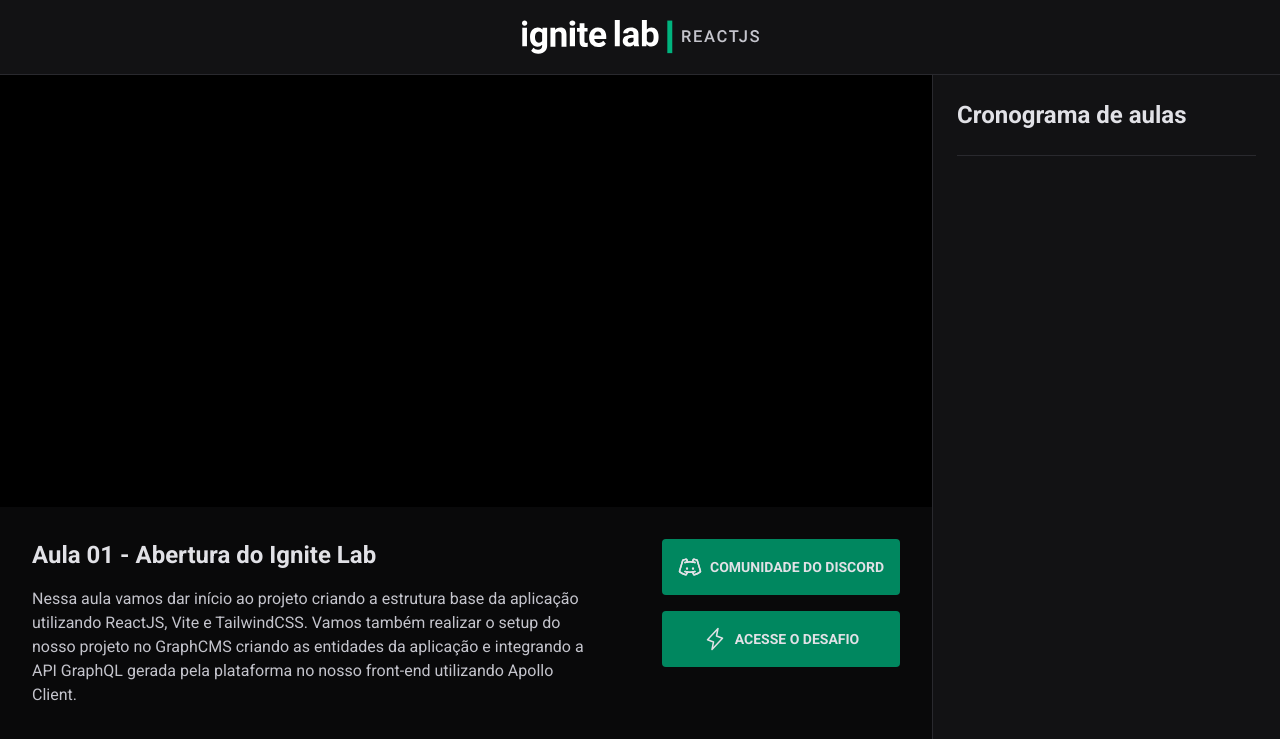
Repository: XFERRER7/Ignite-lab
Page: /
The author's editor kept a copy of each file at every save. The page is drawn from the files as they stood at one save, then again after the next save.
The browser window is 1280 px wide. The pictures show the whole page.
The page's requests for data from a server got no answer. The project was rebuilt for these pictures with package versions that can differ from the ones it lists, and the page was loaded fresh each time. No one was signed in, and anything a server would have sent is missing. Also part of the build but not shown: vite.config.ts, src/components/Lesson.tsx.

Above is the page before, as saved 2022-06-26 01:55:33.

### index.html
<!DOCTYPE html>
<html>
  <head>
    <meta charset="UTF-8" />
    <link rel="icon" type="image/svg+xml" href="/src/favicon.svg" />
    <meta name="viewport" content="width=device-width, initial-scale=1.0" />
    <title>Event Platform</title>
    <link rel="preconnect" href="https://fonts.googleapis.com">
<link rel="preconnect" href="https://fonts.gstatic.com" crossorigin>
<link href="https://fonts.googleapis.com/css2?family=Roboto:wght@400;500;700&display=swap" rel="stylesheet">
  </head>
  <body>
    <div id="root"></div>
    <script type="module" src="/src/main.tsx"></script>
  </body>
</html>

### src/main.tsx
import { ApolloProvider } from '@apollo/client'
import React from 'react'
import ReactDOM from 'react-dom/client'
import App from './App'
import { client } from './lib/apollo'
import './styles/Global.css'

ReactDOM.createRoot(document.getElementById('root')!).render(
  <React.StrictMode>
    <ApolloProvider client={client}>
    <App />
    </ApolloProvider>
  </React.StrictMode>
)

### src/App.tsx
import { Header } from "./components/Header"
import { Lesson } from "./components/Lesson"
import { SideBar } from "./components/SideBar"
import { Video } from "./components/Video"
import { Event } from "./pages/Event"

function App() {

  return (
    <div>
      <Event/>
    </div>
  )
}

export default App

### src/lib/apollo.ts
import { ApolloClient, InMemoryCache } from "@apollo/client";

export const client = new ApolloClient({
  uri: 'https://api-sa-east-1.graphcms.com/v2/cl4oe0npq21lo01xi4o5e7kb5/master',
  cache: new InMemoryCache()
})

### src/styles/Global.css
@tailwind base;
@tailwind components;
@tailwind utilities;

body {
  @apply text-gray-100 bg-gray-900;
  -webkit-font-smoothing: antialiased;
}

### src/pages/Event.tsx
import React from 'react'
import { Header } from '../components/Header'
import { SideBar } from '../components/SideBar'
import { Video } from '../components/Video'

export const Event = () => {
  return (
    <>
    <div className='flex flex-col min-h-screen'>
      <Header/>
      <main className='flex flex-1'>
      <Video/>
      <SideBar/>
      </main>
    </div>

    </>
  )
}

### src/components/Header.tsx
import React from 'react'
import { Logo } from './Logo'

export const Header = () => {
  return (
    <header className='w-full py-5 flex items-center justify-center bg-gray-700 border-b border-gray-600'>
      <Logo/>
    </header>
  )
}

### src/components/SideBar.tsx
import { gql, useQuery } from '@apollo/client'
import React from 'react'
import { Lesson } from './Lesson'


const GET_LESSONS_QUERY = gql`
  query {
    lessons(orderBy: availableAt_ASC, stage: PUBLISHED) {
      id
      slug
      title
      availableAt
      lessonType
    }
}

`

interface GetLessonsQueryResponse {
  lessons: {
    id: string
    slug:string
    title:string
    availableAt:string
    lessonType: 'live' | 'class'
  }[]
}


export const SideBar = () => {

  const {data} = useQuery<GetLessonsQueryResponse>(GET_LESSONS_QUERY)

  return (
    <aside className='w-[348px] bg-gray-700 p-6 border-l border-gray-600'>
      <span className='font-bold text-2xl pb-6 mb-6 border-b border-gray-600 block'>Cronograma de aulas</span>

      <div className='flex flex-col gap-8'>
        {
          data?.lessons.map(lesson => {
            return (
              <Lesson
              title={lesson.title}
              slug={lesson.slug}
              avaliableAt={new Date(lesson.availableAt)}
              type={lesson.lessonType}/>
            )
          })
        }

      </div>
    </aside>
  )
}

### src/components/Video.tsx
import { DiscordLogo, Lightning } from 'phosphor-react'
import React from 'react'

export const Video = () => {
  return (
    <div className="flex-1">
      <div className="bg-black flex justify-center">
        <div className='h-full w-full max-w-[1100px] max-h-[60vh] aspect-video'></div>
      </div>

      <div className='p-8 max-w-[1100px] mx-auto'>

        <div className='flex items-start gap-16'>
          <div className='flex-1'>
            <h1 className='text-2xl font-bold'>Aula 01 - Abertura do Ignite Lab</h1>
            <p className='mt-4 text-gray-200'>
              Nessa aula vamos dar início ao projeto criando a estrutura base da aplicação
              utilizando ReactJS, Vite e TailwindCSS. Vamos também realizar o setup do nosso
              projeto no GraphCMS criando as entidades da aplicação e integrando a API GraphQL
              gerada pela plataforma no nosso front-end utilizando Apollo Client.
            </p>
          </div>
          <div className='flex flex-col gap-4 '>
            <a href=""
            className='p-4 text-sm bg-green-500 flex items-center rounded font-bold uppercase
            gap-2 justify-center'>
              <DiscordLogo size={24}/>
              Comunidade do discord
            </a>
            <a href="" className='p-4 text-sm bg-green-500 flex items-center rounded font-bold uppercase
            gap-2 justify-center'>
              <Lightning size={24}/>
              Acesse o desafio
            </a>
          </div>
        </div>

        <div>

        </div>

      </div>

    </div>
  )

}

### src/components/Logo.tsx
import React from "react";

export function Logo() {
  return (
    <svg
      xmlns="http://www.w3.org/2000/svg"
      width="237"
      height="34"
      fill="none"
      viewBox="0 0 237 34"
    >
      <path
        fill="#fff"
        d="M.002 3.112a2.49 2.49 0 01.165-.987c.12-.314.304-.595.535-.83A2.906 2.906 0 012.615.572c.698 0 1.374.257 1.912.723.23.24.412.524.536.837a2.701 2.701 0 010 1.979 2.568 2.568 0 01-.536.837 2.889 2.889 0 01-1.907.723 2.901 2.901 0 01-1.908-.723 2.458 2.458 0 01-.538-.84 2.645 2.645 0 01-.172-.996zm4.96 23.146H.273V7.862h4.689v18.397zM8.012 16.973c0-2.853.686-5.145 2.055-6.883a6.653 6.653 0 015.528-2.606 5.869 5.869 0 014.802 2.09l.2-1.751h4.538v17.95a7.891 7.891 0 01-1.12 4.246 7.243 7.243 0 01-3.147 2.752 11.155 11.155 0 01-4.742.94c-1.378 0-2.74-.279-4.008-.812a7.08 7.08 0 01-2.946-2.11l2.208-3.02a5.905 5.905 0 004.543 2.08 4.356 4.356 0 003.104-1.059 3.938 3.938 0 001.103-2.993v-.994a5.775 5.775 0 01-4.555 1.935 6.647 6.647 0 01-3.05-.652 6.615 6.615 0 01-2.408-1.967c-1.397-1.752-2.085-4.089-2.085-6.942v-.21h-.025l.005.006zm4.997.355a6.723 6.723 0 001.026 3.956 3.233 3.233 0 002.799 1.443c.651.045 1.3-.088 1.878-.39a3.52 3.52 0 001.396-1.305v-7.825a3.448 3.448 0 00-1.374-1.305 3.504 3.504 0 00-1.86-.39 3.28 3.28 0 00-1.61.365 3.22 3.22 0 00-1.219 1.103c-.688.975-1.036 2.418-1.036 4.348zM33.098 7.833l.158 2.196a6.527 6.527 0 012.371-1.927 6.38 6.38 0 012.971-.62c1.97 0 3.438.597 4.39 1.79.953 1.194 1.456 2.936 1.486 5.293v12.249h-4.962V14.683a3.367 3.367 0 00-.684-2.344 3.086 3.086 0 00-1.069-.598 3.008 3.008 0 00-1.211-.13 3.349 3.349 0 00-1.821.454c-.553.32-1.01.794-1.313 1.367v13.37H28.45V7.845l4.647-.012zM47.512 3.112a2.304 2.304 0 01.185-.988 2.42 2.42 0 01.59-.831A3.439 3.439 0 0150.404.57c.772 0 1.52.256 2.117.723.508.486.792 1.142.792 1.826 0 .683-.284 1.34-.792 1.826a3.417 3.417 0 01-2.11.723c-.77 0-1.517-.257-2.11-.723a2.47 2.47 0 01-.594-.839 2.342 2.342 0 01-.19-.994h-.005zm5.483 23.149h-5.18V7.86h5.18v18.4zM62.454 3.334v4.612h3.107v3.677h-3.107v9.382c-.05.53.091 1.063.395 1.495a1.824 1.824 0 001.473.45c.476.002.95-.035 1.421-.114v3.803a9.672 9.672 0 01-2.939.449c-3.398 0-5.128-1.775-5.19-5.32V11.644h-2.642V7.968h2.643V3.356h4.841v-.025l-.002.003zM76.487 27.08a9.277 9.277 0 01-6.759-2.55c-1.74-1.699-2.605-3.957-2.605-6.797v-.494a11.295 11.295 0 011.098-5.08 8.141 8.141 0 013.111-3.465 8.72 8.72 0 014.59-1.22c2.577 0 4.62.815 6.098 2.449 1.478 1.633 2.226 3.94 2.226 6.929v2.055h-12.01a4.665 4.665 0 001.473 2.971 4.487 4.487 0 003.111 1.111 5.426 5.426 0 004.548-2.115l2.476 2.781a7.506 7.506 0 01-3.07 2.507 9.81 9.81 0 01-4.287.916v.002zm-.594-15.514a3.127 3.127 0 00-2.428 1.012 5.405 5.405 0 00-1.188 2.912h7.006v-.405a3.749 3.749 0 00-.908-2.608 3.252 3.252 0 00-2.45-.908h-.03l-.002-.003zM97.771 26.259h-4.957V0h4.957V26.26zM112.209 26.259c-.227-.444-.392-.997-.496-1.659-1.196 1.333-2.751 2.002-4.666 2.002-1.811 0-3.314-.523-4.504-1.572-1.191-1.049-1.786-2.372-1.786-3.966 0-1.96.725-3.464 2.179-4.513 1.453-1.049 3.553-1.58 6.3-1.59h2.273v-1.06c0-.854-.22-1.54-.659-2.051-.44-.513-1.131-.77-2.078-.77-.832 0-1.486.2-1.957.6-.474.4-.708.945-.708 1.64h-4.941c0-1.07.331-2.062.992-2.973.662-.91 1.597-1.626 2.804-2.144 1.206-.518 2.564-.778 4.069-.778 2.28 0 4.089.573 5.429 1.718 1.34 1.145 2.009 2.756 2.009 4.83v8.017c.012 1.754.256 3.082.735 3.983v.29h-4.992l-.003-.004zm-4.086-3.435c.728 0 1.402-.163 2.016-.486.614-.326 1.071-.76 1.367-1.308v-3.181h-1.846c-2.472 0-3.79.854-3.948 2.564l-.017.291c0 .614.217 1.123.649 1.523.434.4 1.026.6 1.779.6v-.003zM136.58 17.183c0 2.963-.632 5.273-1.898 6.931-1.265 1.659-3.032 2.488-5.3 2.488-2.006 0-3.608-.77-4.805-2.308l-.222 1.967h-4.444V.001h4.94v9.418c1.14-1.332 2.638-2 4.496-2 2.256 0 4.025.828 5.308 2.487 1.283 1.658 1.923 3.992 1.923 7v.274l.002.003zm-4.94-.358c0-1.868-.296-3.233-.889-4.094-.592-.861-1.475-1.29-2.65-1.29-1.572 0-2.655.643-3.247 1.932v7.299c.604 1.298 1.697 1.95 3.282 1.95 1.584 0 2.643-.788 3.146-2.36.239-.752.358-1.897.358-3.437z"
      ></path>
      <path
        fill="#C4C4CC"
        d="M164.51 17.501h-2.283v4.53h-2.048v-11.78h4.143c1.36 0 2.408.306 3.149.915.74.61 1.108 1.493 1.108 2.648 0 .787-.19 1.449-.57 1.98-.38.532-.911.94-1.59 1.226l2.646 4.906v.106h-2.194l-2.364-4.531h.003zm-2.283-1.65h2.105c.691 0 1.229-.176 1.619-.524.39-.348.582-.824.582-1.429 0-.604-.18-1.12-.538-1.466-.358-.345-.893-.523-1.606-.533h-2.162V15.85zM179.066 16.773h-4.839v3.625h5.656v1.634h-7.704V10.25h7.648v1.65h-5.6v3.253h4.839v1.62zM189.803 19.29h-4.565l-.955 2.744h-2.127l4.452-11.783h1.836l4.459 11.783h-2.137l-.963-2.744zm-3.99-1.65h3.415l-1.707-4.89-1.708 4.89zM204.716 18.197c-.119 1.256-.583 2.238-1.392 2.941-.81.703-1.885 1.056-3.228 1.056-.938 0-1.764-.222-2.48-.668-.715-.445-1.266-1.079-1.656-1.898-.387-.82-.589-1.772-.607-2.858v-1.1c0-1.11.198-2.09.59-2.937.392-.846.96-1.5 1.695-1.96.736-.458 1.587-.688 2.554-.688 1.301 0 2.347.353 3.139 1.057.792.703 1.254 1.7 1.385 2.99h-2.039c-.096-.846-.343-1.458-.74-1.833-.397-.375-.977-.563-1.745-.563-.89 0-1.574.326-2.05.977-.479.652-.721 1.605-.733 2.863v1.044c0 1.273.227 2.245.683 2.917.457.668 1.123 1.004 2.004 1.004.805 0 1.409-.18 1.814-.543.405-.363.661-.962.77-1.804h2.038l-.002.003zM216.481 11.902h-3.674v10.132h-2.031V11.902h-3.642V10.25h9.347v1.65zM222.759 10.251h2.039v8.262c0 1.127-.353 2.023-1.057 2.687-.703.664-1.633.995-2.788.995-1.229 0-2.179-.311-2.848-.93-.669-.62-1.004-1.484-1.004-2.59h2.038c0 .627.156 1.096.467 1.412.31.316.76.474 1.347.474.55 0 .989-.183 1.315-.545.326-.366.489-.867.489-1.51V10.25h.002zM234.952 18.999c0-.518-.183-.918-.545-1.197-.363-.279-1.022-.563-1.972-.849-.95-.286-1.705-.604-2.265-.955-1.074-.674-1.612-1.555-1.612-2.638 0-.95.388-1.732 1.163-2.347.774-.614 1.779-.922 3.015-.922.819 0 1.55.15 2.194.454a3.597 3.597 0 011.513 1.29c.367.558.55 1.177.55 1.858h-2.038c0-.614-.193-1.095-.578-1.443-.385-.348-.938-.524-1.656-.524-.668 0-1.189.144-1.557.43-.37.286-.555.686-.555 1.197 0 .432.2.792.6 1.08.399.29 1.056.57 1.974.842.918.271 1.653.582 2.208.93.556.348.963.748 1.222 1.197.259.452.387.977.387 1.582 0 .982-.375 1.762-1.127 2.342-.753.58-1.775.87-3.063.87a5.755 5.755 0 01-2.352-.473c-.715-.316-1.27-.75-1.668-1.308-.397-.555-.594-1.204-.594-1.942h2.048c0 .669.222 1.187.664 1.555.441.367 1.075.55 1.902.55.713 0 1.246-.143 1.607-.432.357-.288.538-.671.538-1.145l-.003-.002z"
      ></path>
      <path fill="#00B37E" d="M150.271 33.146h-4.958V.57h4.958v32.576z"></path>
    </svg>
  );
}

### tailwind.config.js
/** @type {import('tailwindcss').Config} */
module.exports = {
  content: [
    './src/**/*.tsx'
  ],
  theme: {
    extend: {
      fontFamily: {
        sans: 'Roboto, sans-serif'
      },
      colors: {
        green: {
          300: '#00B37E',
          500: '#00875F',
          700: '#015F43',
        },
        blue: {
          500: '#81D8F7',
        },
        orange: {
          500: '#FBA94C',
        },
        red: {
          500: '#F75A68',
        },
        gray: {
          100: '#E1E1E6',
          200: '#C4C4CC',
          300: '#8D8D99',
          500: '#323238',
          600: '#29292E',
          700: '#121214',
          900: '#09090A'
        }
      }
    },
  },
  plugins: [],
}

After the next save:
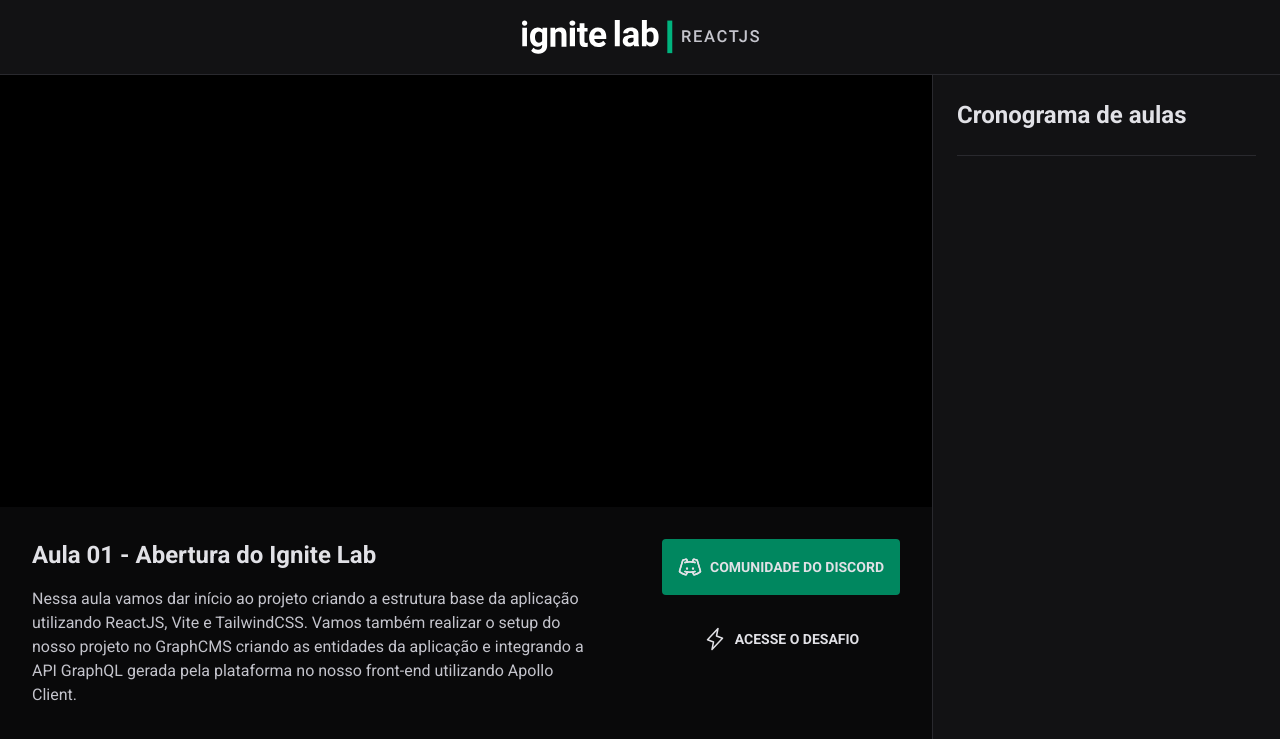
Saved 28 s later.
--- a/src/components/Video.tsx
+++ b/src/components/Video.tsx
@@ -27,7 +27,7 @@
               <DiscordLogo size={24}/>
               Comunidade do discord
             </a>
-            <a href="" className='p-4 text-sm bg-green-500 flex items-center rounded font-bold uppercase
+            <a href="" className='p-4 text-sm  flex items-center rounded font-bold uppercase
             gap-2 justify-center'>
               <Lightning size={24}/>
               Acesse o desafio
